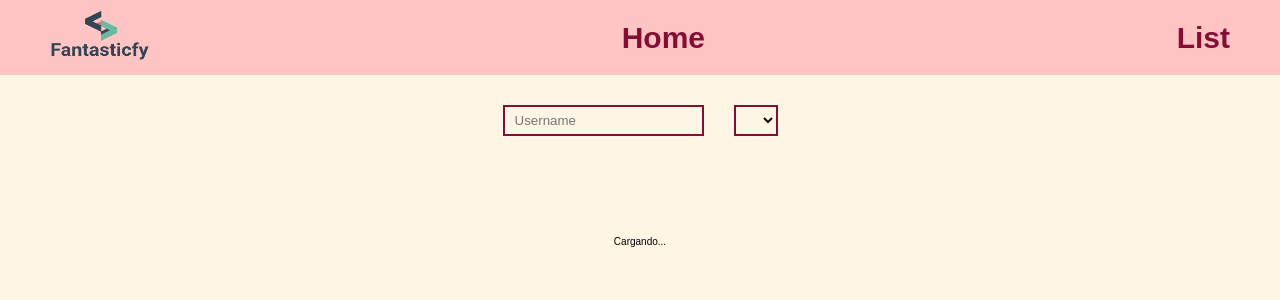
Repository: ChristianGecchelin/fullstack-react-node-fantasticfy
Page: / (app in front/)
An editor plug-in stored every save of this project. The page is shown before and after a run of saves, followed by the edit.
The browser window is 1280 px wide. The pictures show the whole page.
The page's requests for data from a server got no answer. The project was rebuilt for these pictures with package versions that can differ from the ones it lists, and the page was loaded fresh each time. No one was signed in, and anything a server would have sent is missing. Also part of the build but not shown: front/src/Components/UserCard/index.css, front/src/Components/UserCard/index.jsx, front/src/Pages/UserProfile.jsx, front/src/App.css.

Above is the page before, as saved 2022-09-06 12:51:15.

### front/src/index.js
import React from "react";
import ReactDOM from "react-dom/client";
import "./index.css";
import App from "./App";
import { BrowserRouter } from "react-router-dom";
import { ContexProviderWrapper } from "./Context/userContext";

const root = ReactDOM.createRoot(document.getElementById("root"));
root.render(
  <React.StrictMode>
    <BrowserRouter>
      <ContexProviderWrapper>
        <App />
      </ContexProviderWrapper>
    </BrowserRouter>
  </React.StrictMode>
);

### front/src/index.css
:root{
  --main-color:#FFF5E4;
  --secondary-color:#FFC4C4;
  --third-color:#EE6983;
  --fourth-color:#850E35;
}
* {
  margin: 0;
  padding: 0;
  box-sizing: border-box;
}
html {
  font-size: 62.5%;
  font-family: sans-serif;
}
html,body{
  background-color:var(--main-color)
}
ul{
  list-style: none;
}
a{
  text-decoration: none;
}

### front/src/App.js
import { Routes, Route, Link } from "react-router-dom";
import { UserList } from "./Pages/UserList";
import { UserProfile } from "./Pages/UserProfile";
import { Nav } from "./Components/nav/Nav";
import "./App.css";

function App() {
  return (
    <div className="App">
      <Nav />
      <Routes>
        <Route path="/" element={<UserList />} />
        <Route path="/user-list" element={<UserList />} />
        <Route path="/user-profile/:id" element={<UserProfile />} />
      </Routes>
    </div>
  );
}

export default App;

### front/src/Context/userContext.jsx
import React from "react";
import { createContext, useState } from "react";

const userContext = createContext();

function ContexProviderWrapper(props) {
  return (
    <userContext.Provider value={{}}>{props.children}</userContext.Provider>
  );
}
export { ContexProviderWrapper, userContext };

### front/src/Pages/UserList.jsx
import { useEffect, useState } from "react";
import axios from "axios";
import { UserCard } from "../Components/UserCard";
import "./index.css";
export const UserList = () => {
  const [list, setList] = useState([]);
  const [inmutableList, setInmutableList] = useState([]);
  const [genderArray, setGenderArray] = useState([]);
  const [selectValue, setSelectValue] = useState("");
  const [input, setInput] = useState("");

  const getGenderArray = () => {
    if (list) {
      const genders = inmutableList.map((user) => {
        return user.gender;
      });
      let result = genders.filter((item, index) => {
        return genders.indexOf(item) === index;
      });
      setGenderArray(result);
    }
  };
  const getUsers = async () => {
    const response = await axios.get("http://localhost:5005/users");
    setList(response.data);
    setInmutableList(response.data);
  };

  const filterUsersBySelect = () => {
    const filter = inmutableList.filter((user) => {
      return user.gender === selectValue;
    });
    setList(filter);
  };

  const filterByName = () => {
    let result = inmutableList.filter(
      (el) =>
        el.first_name.includes(input) ||
        el.last_name.includes(input) ||
        el.username.includes(input)
    );

    setList(result);
  };

  const handleChangeInput = (e) => {
    setInput(e.target.value);
  };

  const handleChangeSelect = (e) => {
    setSelectValue(e.target.value);
  };

  useEffect(() => {
    getUsers();
  }, []);

  useEffect(() => {
    getGenderArray();
  }, [list]);

  useEffect(() => {
    filterUsersBySelect();
  }, [selectValue]);
  useEffect(() => {
    filterByName();
  }, [input]);

  return (
    <section className="section-page">
      <div className="container--search-bar">
        <input
          type="text"
          value={input}
          onChange={handleChangeInput}
          placeholder="Username"
        />
        <select value={selectValue} onChange={handleChangeSelect}>
          {genderArray.map((gender) => {
            return (
              <option key={gender} value={gender}>
                {gender}
              </option>
            );
          })}
        </select>
      </div>
      <div className="card-list">
        {list.length > 0 ? (
          list.map((user) => {
            return (
              <UserCard
                key={user.id}
                user={user}
                users={list}
                setInmutableList={setInmutableList}
                setList={setList}
              />
            );
          })
        ) : (
          <p>Cargando...</p>
        )}
      </div>
    </section>
  );
};

### front/src/Components/nav/Nav.jsx
import React from "react";
import { Link } from "react-router-dom";
import logo from "../../Assets/logo-fantasticfy.webp";
import "./index.css";
export const Nav = () => {
  return (
    <nav>
      <ul>
        <li>
          <Link to="/">
            <img src={logo} alt="fantasticfy" />
          </Link>
        </li>
        <li>
          <Link to="/">
            <h2>Home</h2>
          </Link>
        </li>
        <li>
          <Link to="/user-list">
            <h2>List</h2>
          </Link>
        </li>
      </ul>
    </nav>
  );
};

### front/src/Pages/index.css
.section-page{
    display: flex;
    flex-direction: column;
    flex-wrap: wrap;
    justify-content: center;
    align-items: center;
    padding: 30px;
    gap: 50px;
}
.container--search-bar{
    display: flex;
    flex-direction: row;
    gap: 30px;
    width: 100%;
    justify-content: center;
    margin-bottom: 50px;
}
.container--search-bar input,
.container--search-bar select{
    padding: 5px 10px;
    border:2px solid var(--fourth-color);
    background-color:var(--main-color)
}
.container--search-bar select{
    cursor:pointer
}

.card-list{
    display: flex;
    flex-direction: row;
    flex-wrap: wrap;
    justify-content: center;
    align-items: center;
    gap: 60px;
}
.container-user{
    display: flex;
    flex-direction: row;
    justify-content: center;
    align-items:center;
    flex-wrap: wrap;
    gap: 50px;
    padding: 50px 10px;
}
.container-user .img-user{
    height: 250px;
}
.section-relatedUsers{
    display: flex;
    flex-direction: column;
    justify-content: center;
    align-items:center;
    width:100%;
    gap: 60px;
}
.container-relatedUsers{
    display: flex;
    flex-direction: row;
    flex-wrap: wrap;
    justify-content: center;
    align-items:center;
    gap: 60px;
}
.container-info{
    display: flex;
    flex-direction: column;
    justify-content: flex-end;
    align-items:flex-start;
    font-size: 2rem;
    text-align: left;
    gap: 5px;
}

### front/src/Components/nav/index.css
nav{
    height: auto;
    background-color: var(--secondary-color);
}
nav ul{
    display: flex;
    flex-direction: row;
    justify-content: space-between;
    align-items: center;
    padding: 10px 50px;
}
nav a{
    font-size: 2rem;
    line-height: 2.3rem;
    color: var(--fourth-color);
}
nav img{
    width: 100px;
    height: 50px;
}
nav a:visited{
    color: var(--fourth-color);
}

### front/src/Pages/HomePage.jsx
import React from "react";
import { Link } from "react-router-dom";

export const HomePage = () => {
  return (
    <div>
      <h2>Hola !</h2>
      <Link to={`/user-list`}>
        <p>Visita nuestra lista de personajes</p>
      </Link>
    </div>
  );
};

Loaded but not shown: front/public/index.html (common file)

After the next 4 saves:
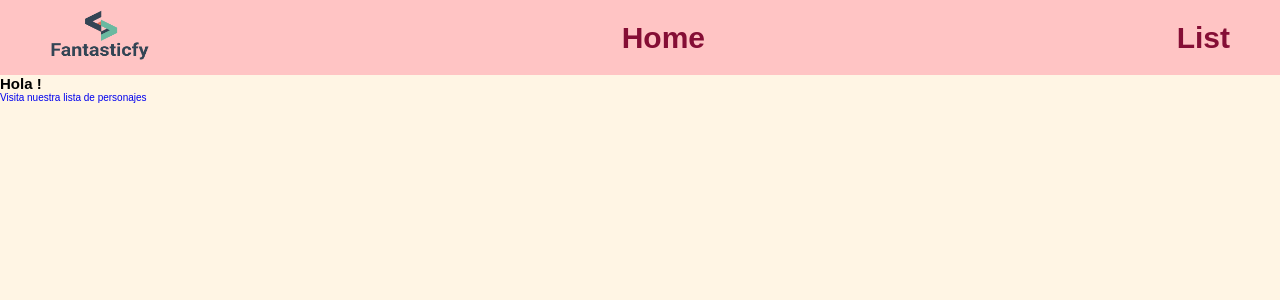
The 4 saves are shown as one change because 2 did not build or start and some came seconds apart.
The last was saved 29 s later.
--- a/front/src/App.js
+++ b/front/src/App.js
@@ -1,4 +1,5 @@
 import { Routes, Route, Link } from "react-router-dom";
+import { HomePage } from "./Pages/HomePage";
 import { UserList } from "./Pages/UserList";
 import { UserProfile } from "./Pages/UserProfile";
 import { Nav } from "./Components/nav/Nav";
@@ -9,7 +10,7 @@ function App() {
     <div className="App">
       <Nav />
       <Routes>
-        <Route path="/" element={<UserList />} />
+        <Route path="/" element={<HomePage />} />
         <Route path="/user-list" element={<UserList />} />
         <Route path="/user-profile/:id" element={<UserProfile />} />
       </Routes>
